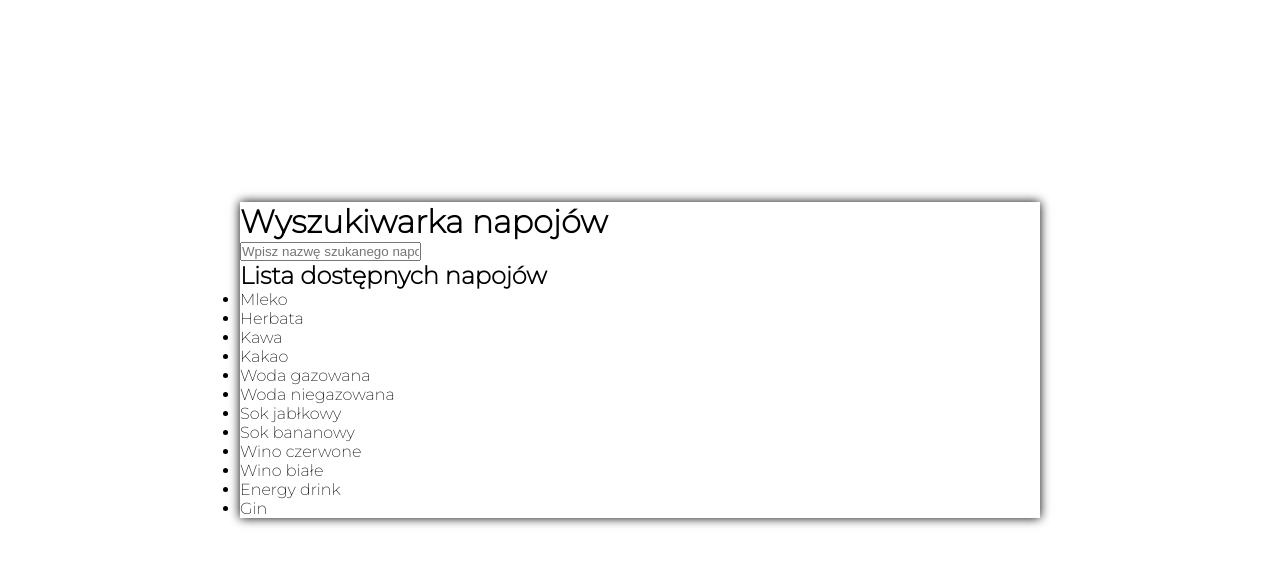
Repository: KrzysKolo/Projekt-1_Wyszukiwarka_napojow
Page: index.html
The author's editor kept a copy of each file at every save. The page is drawn from the files as they stood at one save, then again after the next save.
The browser window is 1280 px wide. The pictures show the whole page.

Above is the page before, as saved 2020-06-30 03:11:14.
Not found: script.js

### index.html
<!DOCTYPE html>
<html lang="en">
  <head>
    <meta charset="UTF-8" />
    <meta name="viewport" content="width=device-width, initial-scale=1.0" />
    <title>Wyszukiwarka napojów</title>
    <link
      href="https://fonts.googleapis.com/css2?family=Dancing+Script:wght@500&family=Montserrat:wght@200&display=swap"
      rel="stylesheet"
    />
    <link rel="stylesheet" href="css/style.css" />
  </head>
  <body>
    <div class="wrapper">
      <header class="header">
        <div class="header__shadow"></div>
        <h1 class="header__title">Wyszukiwarka napojów</h1>
        <input
          type="text"
          class="header__search"
          placeholder="Wpisz nazwę szukanego napoju"
        />
      </header>
      <div class="drink-list">
        <h2 class="drink-list__title">Lista dostępnych napojów</h2>
        <ul class="drink-list__list-items">
          <li class="drink-list__item">Mleko</li>
          <li class="drink-list__item">Herbata</li>
          <li class="drink-list__item">Kawa</li>
          <li class="drink-list__item">Kakao</li>
          <li class="drink-list__item">Woda gazowana</li>
          <li class="drink-list__item">Woda niegazowana</li>
          <li class="drink-list__item">Sok jabłkowy</li>
          <li class="drink-list__item">Sok bananowy</li>
          <li class="drink-list__item">Wino czerwone</li>
          <li class="drink-list__item">Wino białe</li>
          <li class="drink-list__item">Energy drink</li>
          <li class="drink-list__item">Gin</li>
        </ul>
      </div>
    </div>
    <script src="script.js"></script>
  </body>
</html>

### css/style.css
*,
*::before,
*::after {
  margin: 0;
  padding: 0;
  box-sizing: inherit;
}
body {
  display: flex;
  justify-content: center;
  align-items: center;
  min-height: 100vh;
  box-sizing: border-box;
  font-family: "Montserrat", sans-serif;
  background-color: rgba(218, 212, 199), 0.8;
}
.wrapper {
  width: 800px;
  background-color: #fff;
  box-shadow: 0 0 10px #000;
}

After the next save:
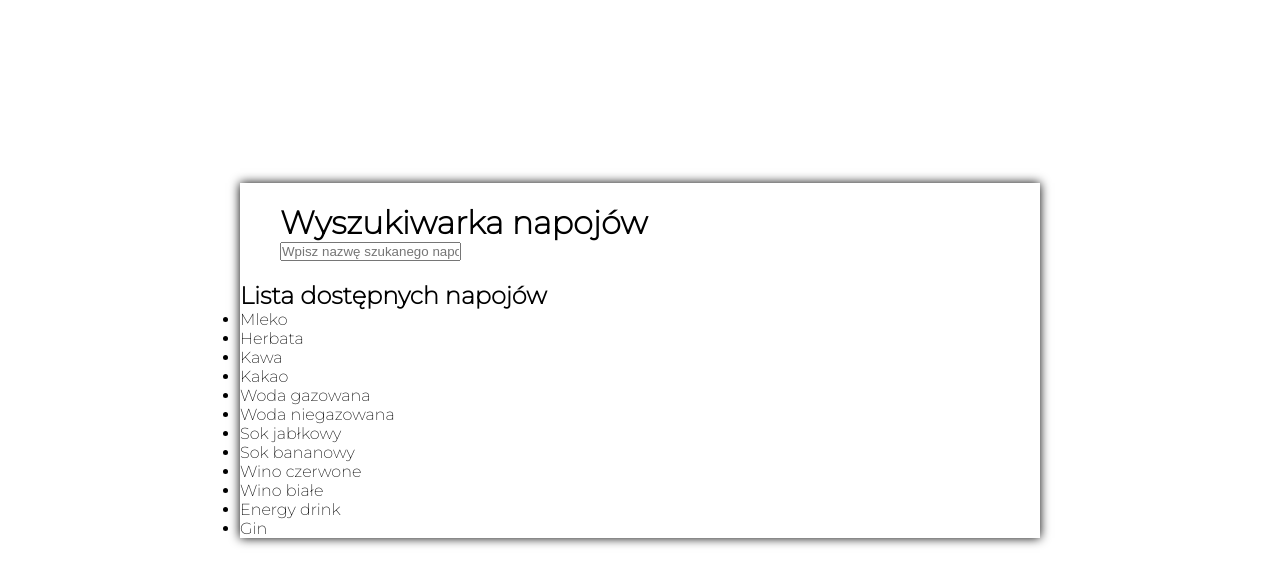
Saved 3 min 57 s later.
--- a/css/style.css
+++ b/css/style.css
@@ -19,3 +19,11 @@ body {
   background-color: #fff;
   box-shadow: 0 0 10px #000;
 }
+.header {
+  display: flex;
+  justify-content: flex-end;
+  align-items: flex-start;
+  flex-direction: column;
+  position: relative;
+  padding: 20px 40px;
+}
